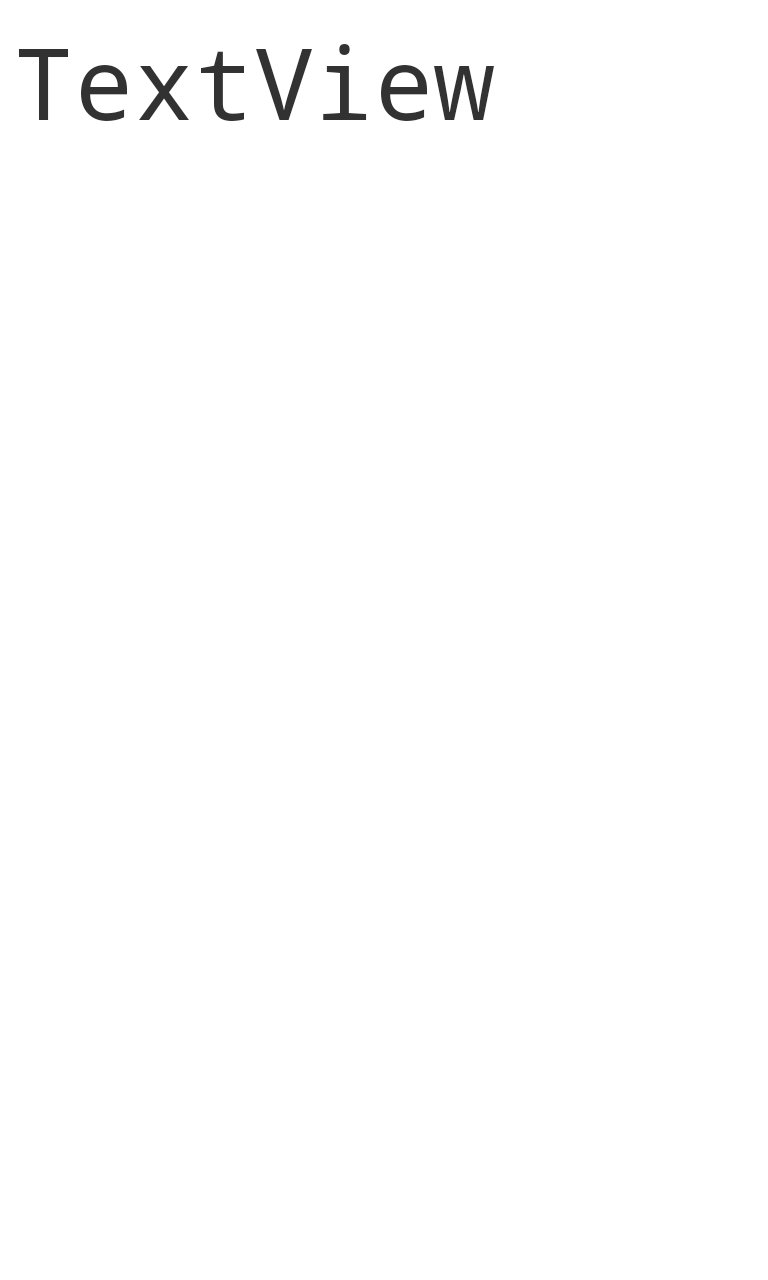
Repository: sehmon/workspace-eclipse
Layout: WhatAmIEating/res/layout/activity_detail.xml
The author's editor kept a copy of each file at every save. The layout is drawn from the files as they stood at one save, then again after the next save.
It is drawn on a 768 x 1280 px phone screen (xhdpi) without system bars, with theme android:Theme.Holo.Light.NoActionBar.Fullscreen; the app's code is not run.

Above is the layout before, as saved 2014-04-13 15:48:53.

### WhatAmIEating/res/layout/activity_detail.xml
<LinearLayout xmlns:android="http://schemas.android.com/apk/res/android"
    xmlns:tools="http://schemas.android.com/tools"
    android:id="@+id/container"
    android:layout_width="match_parent"
    android:layout_height="match_parent"
    android:orientation="vertical" >

    <TextView
        android:id="@+id/detailTextView"
        android:layout_width="wrap_content"
        android:layout_height="wrap_content"
        android:layout_margin="7dp"
        android:text="TextView"
        android:textSize="50sp"
        android:typeface="monospace" />

</LinearLayout>

After the next save:
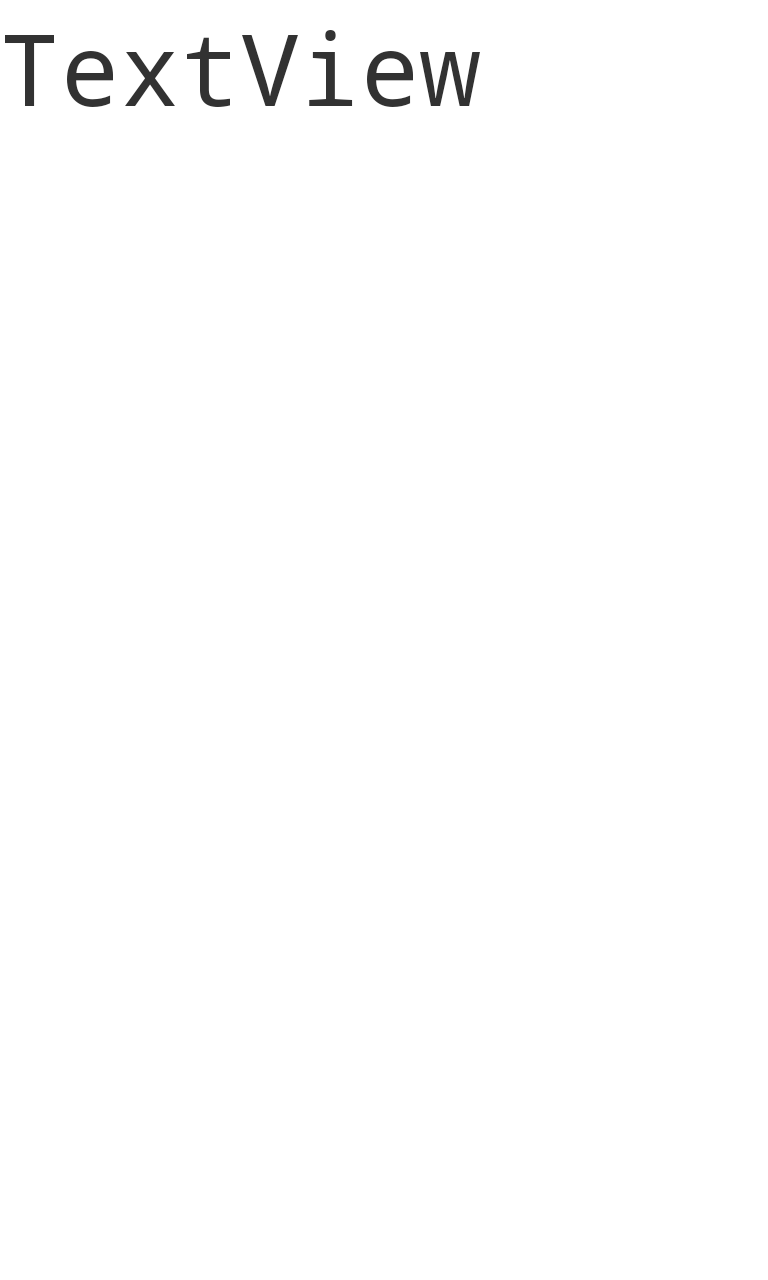
Saved 17 s later.
--- a/WhatAmIEating/res/layout/activity_detail.xml
+++ b/WhatAmIEating/res/layout/activity_detail.xml
@@ -9,7 +9,6 @@
         android:id="@+id/detailTextView"
         android:layout_width="wrap_content"
         android:layout_height="wrap_content"
-        android:layout_margin="7dp"
         android:text="TextView"
         android:textSize="50sp"
         android:typeface="monospace" />
